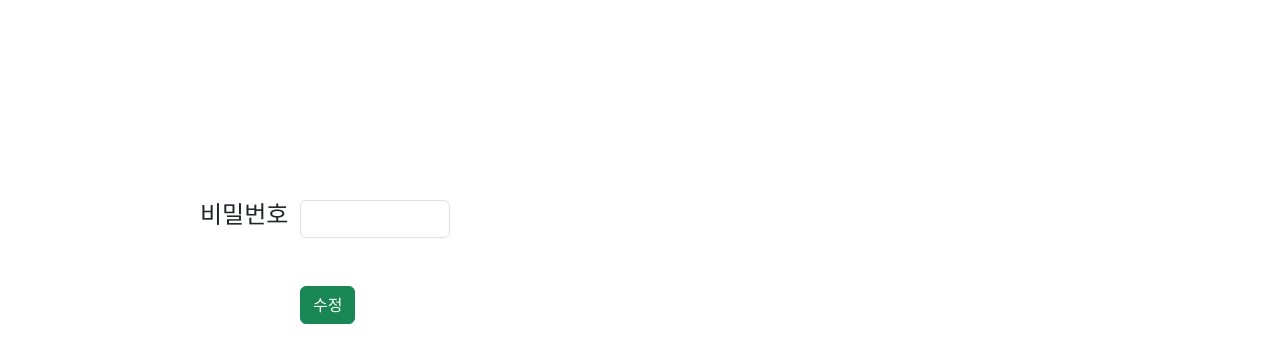
Repository: JunbroGit/SistProject
Page: http://localhost/jsaAjaxProject/simpleboard/updatepassForm.jsp
These files come from the project's save history. The page is drawn as it stood at one moment and after the next save; the edit follows.
The browser window is 1280 px wide. The pictures show the whole page.
Some web fonts or font styles are not loaded; a fallback is used. The page is served by Tomcat 9.

Above is the page before, as saved 2024-03-15 00:22:02.

After the next save:
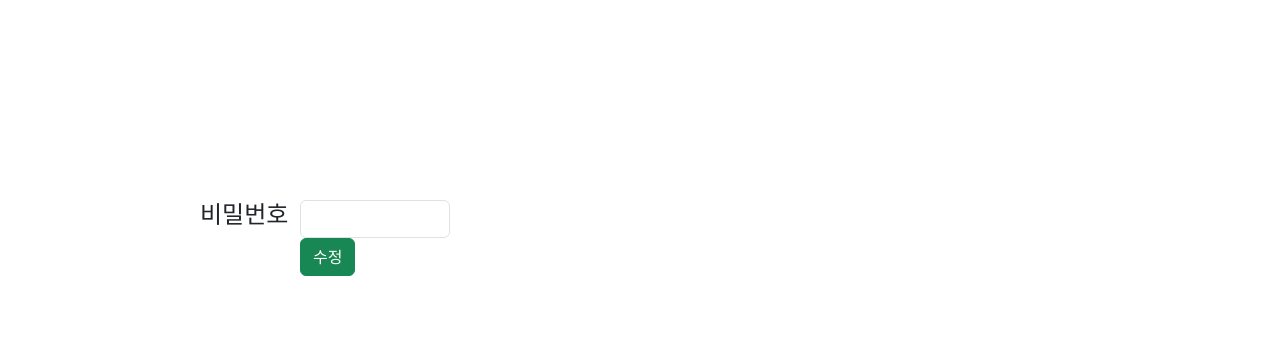
Saved 4 s later.
--- a/jspwork/jsaAjaxProject/src/main/webapp/simpleboard/updatepassForm.jsp
+++ b/jspwork/jsaAjaxProject/src/main/webapp/simpleboard/updatepassForm.jsp
@@ -16,7 +16,7 @@
 			<h4 style="width: 100px;">비밀번호</h4>
 			<input type="password" class="form-control" required="required" name="pass" style="width: 150px;">
 		</div>
-		<br><br><br>
+		<br>
 		<button type="submit" class="btn btn-success" style="margin-left: 100px;">수정</button>
 	</form>
 </div>
